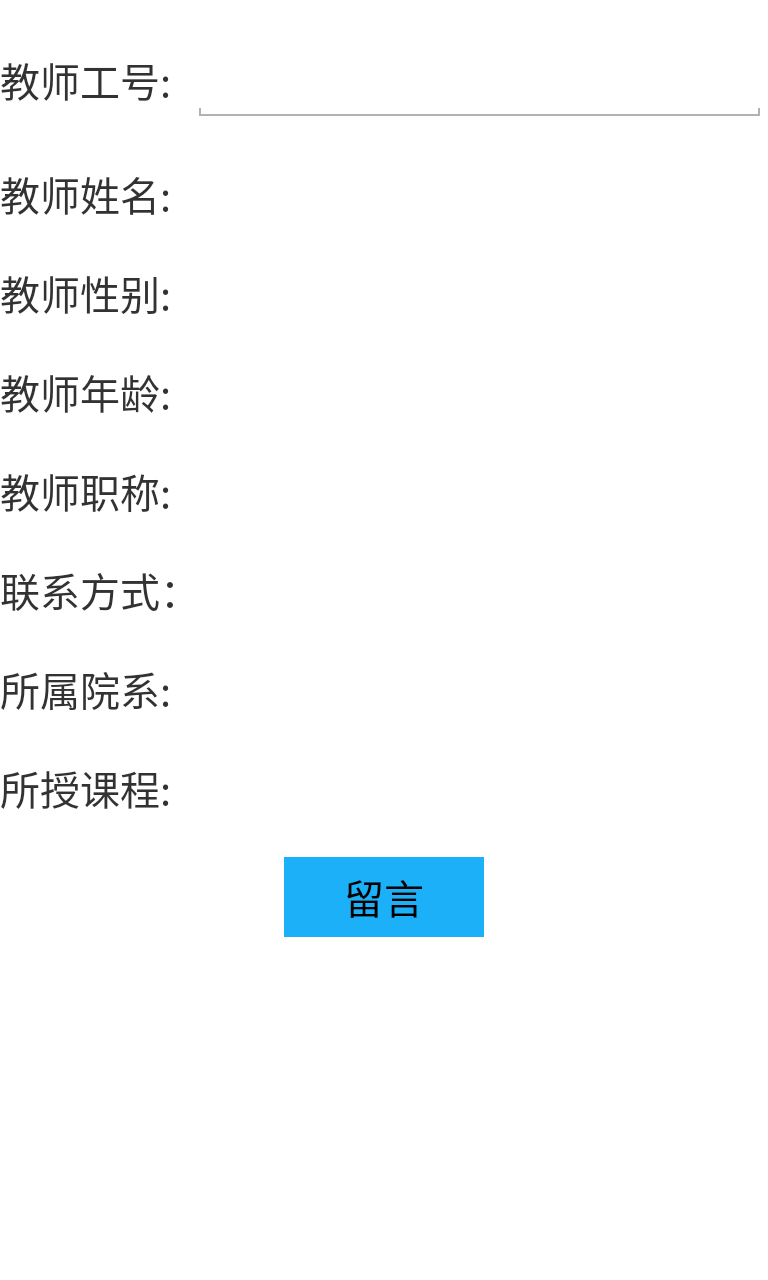
Repository: 15862175370/MyProject
Layout: 毕业设计系统源码_李伟/client/TeachSystem/res/layout/addteacher.xml
An editor plug-in stored every save of this project. The layout is shown before and after the next save, followed by the edit.
It is drawn on a 768 x 1280 px phone screen (xhdpi) without system bars, with theme AppTheme; the app's code is not run.

Above is the layout before, as saved 2016-05-20 08:46:34.

### 毕业设计系统源码_李伟/client/TeachSystem/res/layout/addteacher.xml
<?xml version="1.0" encoding="utf-8"?>
<LinearLayout xmlns:android="http://schemas.android.com/apk/res/android"
    android:layout_width="match_parent"
    android:layout_height="match_parent"
    android:orientation="vertical" >
    <LinearLayout
     android:id="@+id/cno_linearlayout"
      android:layout_width="match_parent"
        android:layout_height="wrap_content"
        android:orientation="horizontal"
        android:layout_marginTop="20dp"
        >
        <TextView
         android:id="@+id/teacher_tn"
         android:layout_width="wrap_content"
         android:layout_height="wrap_content"
         android:textSize="20dp"
         android:text="教师工号:"/>
        <EditText
            android:layout_marginLeft="10dp"
            android:id="@+id/myteacher_tno"
         android:layout_width="match_parent"
         android:layout_height="wrap_content"
          android:textSize="20dp"

            />

    </LinearLayout>
 <LinearLayout
     android:id="@+id/cno"
      android:layout_width="match_parent"
        android:layout_height="wrap_content"
        android:orientation="horizontal"
        android:layout_marginTop="20dp"
        >
        <TextView
         android:id="@+id/teach"
         android:layout_width="wrap_content"
         android:layout_height="wrap_content"
         android:textSize="20dp"
         android:text="教师姓名:"/>
        <TextView
            android:layout_marginLeft="10dp"
            android:id="@+id/myteacher"
         android:layout_width="match_parent"
         android:layout_height="wrap_content"
          android:textSize="20dp"

            />

    </LinearLayout>


     <LinearLayout
     android:id="@+id/cname_linearlayout"
      android:layout_width="match_parent"
        android:layout_height="wrap_content"
        android:orientation="horizontal"
        android:layout_marginTop="20dp"

        >
        <TextView
         android:id="@+id/teacher_se"
         android:layout_width="wrap_content"
         android:layout_height="wrap_content"
         android:textSize="20dp"
         android:text="教师性别:"/>
        <TextView
              android:layout_marginLeft="10dp"
            android:id="@+id/myteacher_sex"
         android:layout_width="match_parent"
         android:layout_height="wrap_content"
          android:textSize="20dp"

            />

    </LinearLayout>


      <LinearLayout
     android:id="@+id/ctime_linearlayout"
      android:layout_width="match_parent"
        android:layout_height="wrap_content"
        android:orientation="horizontal"
        android:layout_marginTop="20dp"

        >
        <TextView
         android:id="@+id/mytea"
         android:layout_width="wrap_content"
         android:layout_height="wrap_content"
         android:textSize="20dp"
         android:text="教师年龄:"/>
        <TextView
              android:layout_marginLeft="10dp"
            android:id="@+id/myteacher_age"
         android:layout_width="match_parent"
         android:layout_height="wrap_content"
          android:textSize="20dp"

            />

    </LinearLayout>


       <LinearLayout
     android:id="@+id/cadress_linearlayout"
      android:layout_width="match_parent"
        android:layout_height="wrap_content"
        android:orientation="horizontal"
        android:layout_marginTop="20dp"

        >
        <TextView
         android:id="@+id/myteacher_pro"
         android:layout_width="wrap_content"
         android:layout_height="wrap_content"
         android:textSize="20dp"
         android:text="教师职称:"/>
        <TextView
              android:layout_marginLeft="10dp"
            android:id="@+id/teacher_prof"
         android:layout_width="match_parent"
         android:layout_height="wrap_content"
          android:textSize="20dp"

            />

    </LinearLayout>

        <LinearLayout
     android:id="@+id/content_linearlayout"
      android:layout_width="match_parent"
        android:layout_height="wrap_content"
        android:orientation="horizontal"
        android:layout_marginTop="20dp"

        >
        <TextView
         android:id="@+id/teacher_phone"
         android:layout_width="wrap_content"
         android:layout_height="wrap_content"
         android:textSize="20dp"
         android:text="联系方式："/>
        <TextView
              android:layout_marginLeft="10dp"
            android:id="@+id/myteacher_phone"
         android:layout_width="match_parent"
         android:layout_height="wrap_content"
          android:textSize="20dp"

            />

    </LinearLayout>

         <LinearLayout
     android:id="@+id/teacher_linearlayout"
      android:layout_width="match_parent"
        android:layout_height="wrap_content"
        android:orientation="horizontal"
        android:layout_marginTop="20dp"

        >
        <TextView
         android:id="@+id/teacher_textview"
         android:layout_width="wrap_content"
         android:layout_height="wrap_content"
         android:textSize="20dp"
         android:text="所属院系:"/>
        <TextView
              android:layout_marginLeft="10dp"
            android:id="@+id/myteacher_dept"
         android:layout_width="match_parent"
         android:layout_height="wrap_content"
          android:textSize="20dp"

            />

    </LinearLayout>

            <LinearLayout
     android:id="@+id/teacher_linearlay"
      android:layout_width="match_parent"
        android:layout_height="wrap_content"
        android:orientation="horizontal"
        android:layout_marginTop="20dp"

        >
        <TextView
         android:id="@+id/teacher_te"
         android:layout_width="wrap_content"
         android:layout_height="wrap_content"
         android:textSize="20dp"
         android:text="所授课程:"/>
        <TextView
              android:layout_marginLeft="10dp"
            android:id="@+id/myteacher_course"
         android:layout_width="match_parent"
         android:layout_height="wrap_content"
          android:textSize="20dp"

            />

    </LinearLayout>

    <RelativeLayout
           android:layout_height="wrap_content"
             android:layout_width="match_parent"
             android:layout_marginTop="20dp"

            >
            <Button
                android:layout_centerInParent="true"
                android:layout_marginLeft="30dp"
             android:id="@+id/myteacher_message"
             android:layout_height="40dp"
               android:layout_width="100dp"
               android:background="#1bb0f8"
               android:textSize="20dp"
               android:text="留言"
                />
        </RelativeLayout>


</LinearLayout>

Loaded but not shown: 毕业设计系统源码_李伟/client/TeachSystem/res/values/styles.xml (common file); 毕业设计系统源码_李伟/client/TeachSystem/res/values-v11/styles.xml (common file); 毕业设计系统源码_李伟/client/TeachSystem/res/values-v14/styles.xml (common file)

After the next save:
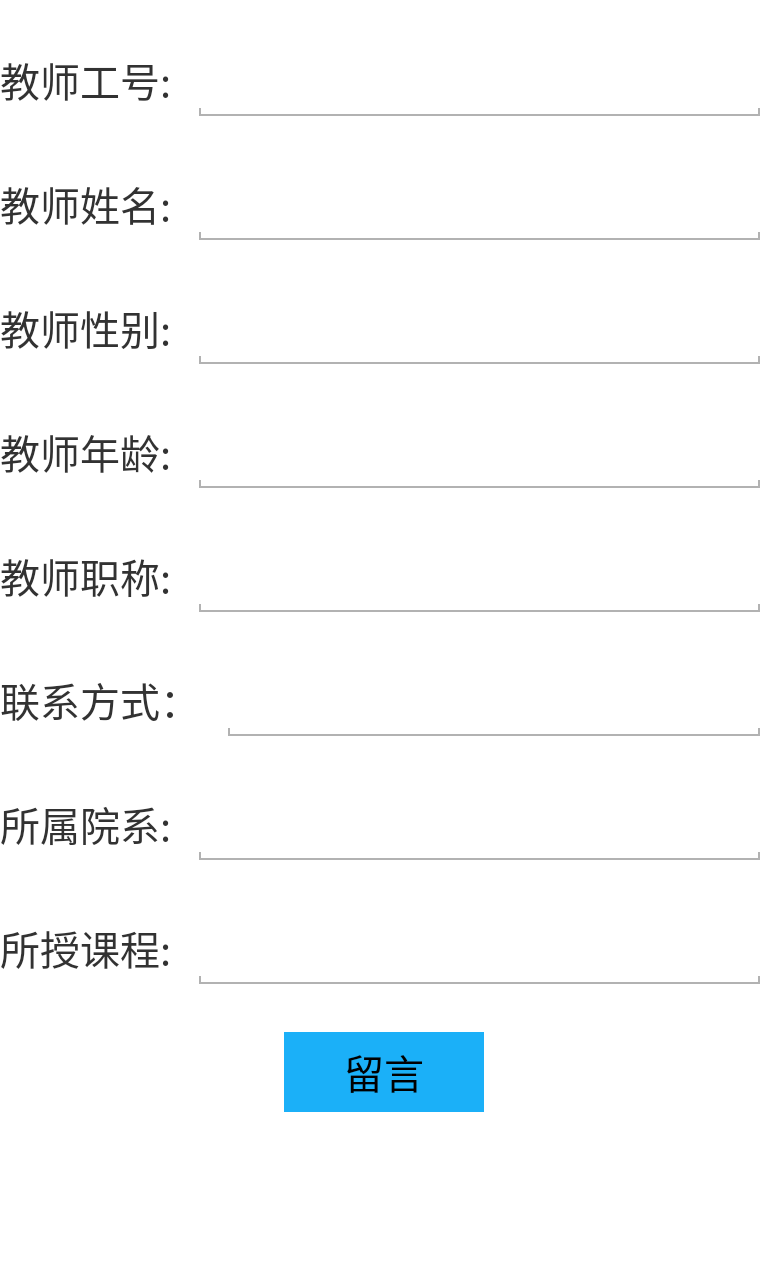
Saved 66 s later.
--- a/毕业设计系统源码_李伟/client/TeachSystem/res/layout/addteacher.xml
+++ b/毕业设计系统源码_李伟/client/TeachSystem/res/layout/addteacher.xml
@@ -39,7 +39,7 @@
          android:layout_height="wrap_content"
          android:textSize="20dp"
          android:text="教师姓名:"/>
-        <TextView
+        <EditText
             android:layout_marginLeft="10dp"
             android:id="@+id/myteacher"
          android:layout_width="match_parent"
@@ -65,7 +65,7 @@
          android:layout_height="wrap_content"
          android:textSize="20dp"
          android:text="教师性别:"/>
-        <TextView
+        <EditText
               android:layout_marginLeft="10dp"
             android:id="@+id/myteacher_sex"
          android:layout_width="match_parent"
@@ -91,7 +91,7 @@
          android:layout_height="wrap_content"
          android:textSize="20dp"
          android:text="教师年龄:"/>
-        <TextView
+        <EditText
               android:layout_marginLeft="10dp"
             android:id="@+id/myteacher_age"
          android:layout_width="match_parent"
@@ -117,7 +117,7 @@
          android:layout_height="wrap_content"
          android:textSize="20dp"
          android:text="教师职称:"/>
-        <TextView
+        <EditText
               android:layout_marginLeft="10dp"
             android:id="@+id/teacher_prof"
          android:layout_width="match_parent"
@@ -142,7 +142,7 @@
          android:layout_height="wrap_content"
          android:textSize="20dp"
          android:text="联系方式："/>
-        <TextView
+        <EditText
               android:layout_marginLeft="10dp"
             android:id="@+id/myteacher_phone"
          android:layout_width="match_parent"
@@ -167,7 +167,7 @@
          android:layout_height="wrap_content"
          android:textSize="20dp"
          android:text="所属院系:"/>
-        <TextView
+        <EditText
               android:layout_marginLeft="10dp"
             android:id="@+id/myteacher_dept"
          android:layout_width="match_parent"
@@ -192,7 +192,7 @@
          android:layout_height="wrap_content"
          android:textSize="20dp"
          android:text="所授课程:"/>
-        <TextView
+        <EditText
               android:layout_marginLeft="10dp"
             android:id="@+id/myteacher_course"
          android:layout_width="match_parent"
